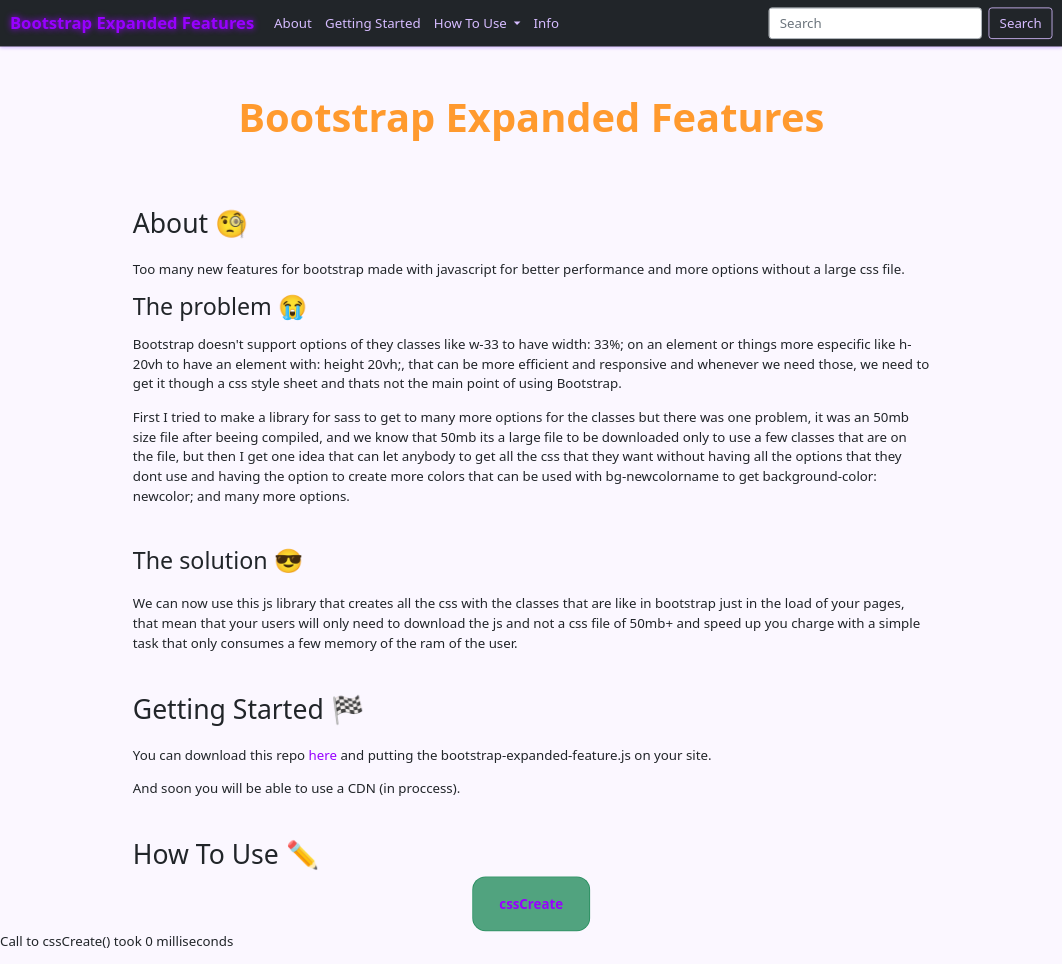
Repository: LynxPardelle/bootstrap-expanded-features
Page: index.html
These files come from the project's save history. The page is drawn as it stood at one moment and after the next save; the edit follows.
The browser window is 1280 px wide. The pictures show the whole page, at 83% of full size.

Above is the page before, as saved 2022-01-02 05:04:17.

### index.html
<!DOCTYPE html>
<html lang="es">
  <head>
    <meta charset="UTF-8" />
    <meta http-equiv="X-UA-Compatible" content="IE=edge" />
    <meta name="viewport" content="width=device-width, initial-scale=1.0" />
    <title>Bootstrap Expanded Features</title>
    <link
      href="https://cdn.jsdelivr.net/npm/bootstrap@5.1.3/dist/css/bootstrap.min.css"
      rel="stylesheet"
      integrity="sha384-1BmE4kWBq78iYhFldvKuhfTAU6auU8tT94WrHftjDbrCEXSU1oBoqyl2QvZ6jIW3"
      crossorigin="anonymous"
    />
    <link rel="stylesheet" href="./style.css" />
  </head>
  <body class="bef bef-bg-futurePop__OPA__0_03">
    <header>
      <nav
        class="
          navbar navbar-expand-lg navbar-dark
          bg-dark
          align-items-center
          bef
          bef-boxShadow-0px__2px__4px__lavender
          position-fixed
          top-0
          w-100
        "
      >
        <div class="container-fluid">
          <a
            class="
              navbar-brand
              bef bef-text-futurePop
              fw-bolder
              bef-textShadow-0px__0px__8px__futurePop
            "
            href="#"
            >Bootstrap Expanded Features</a
          >
          <button
            class="navbar-toggler"
            type="button"
            data-bs-toggle="collapse"
            data-bs-target="#navbarSupportedContent"
            aria-controls="navbarSupportedContent"
            aria-expanded="false"
            aria-label="Toggle navigation"
          >
            <span class="navbar-toggler-icon"></span>
          </button>
          <div class="collapse navbar-collapse" id="navbarSupportedContent">
            <ul class="navbar-nav me-auto mb-lg-0">
              <li class="nav-item">
                <a class="nav-link bef bef-text-lavender" href="#about"
                  >About</a
                >
              </li>
              <li class="nav-item">
                <a
                  class="nav-link bef bef-text-lavender"
                  href="#getting_started"
                  >Getting Started</a
                >
              </li>
              <li class="nav-item dropdown">
                <a
                  class="nav-link bef bef-text-lavender dropdown-toggle"
                  href="#howToUse"
                  id="navbarDropdown"
                  role="button"
                  data-bs-toggle="dropdown"
                  aria-expanded="false"
                >
                  How To Use
                </a>
                <ul
                  class="dropdown-menu dropdown-menu-dark"
                  aria-labelledby="navbarDropdown"
                >
                  <li>
                    <a class="dropdown-item bef bef-text-lavender" href="#"
                      >Action</a
                    >
                  </li>
                  <li>
                    <a class="dropdown-item bef bef-text-lavender" href="#"
                      >Another action</a
                    >
                  </li>
                  <li><hr class="dropdown-divider" /></li>
                  <li>
                    <a class="dropdown-item bef bef-text-lavender" href="#"
                      >Something else here</a
                    >
                  </li>
                </ul>
              </li>
              <li class="nav-item">
                <a class="nav-link bef bef-text-lavender" href="#Info">Info</a>
              </li>
            </ul>
            <form class="d-flex">
              <input
                id="searchInput"
                class="form-control me-2"
                type="search"
                placeholder="Search"
                aria-label="Search"
              />
              <button class="btn bef bef-btnOutline-lavender">Search</button>
            </form>
          </div>
        </div>
      </nav>

      <h1
        class="
          text-center
          d-block
          bef bef-w-85vw bef-w-md-75vw bef-fs-2rem bef-fs-md-3rem
          bef-m-7rem__auto__5rem
          bef-text-summer
          fw-bolder
        "
      >
        Bootstrap Expanded Features
      </h1>
    </header>

    <div>
      <main class="bef bef-w-85vw bef-wmx-1000px bef-w-md-75vw mx-auto">
        <!-- ABOUT -->
        <section>
          <a id="about"></a>
          <h2>About 🧐</h2>
          <article>
            <p class="mt-4 mb-3 text-start">
              Too many new features for bootstrap made with javascript for
              better performance and more options without a large css file.
            </p>
          </article>
          <!-- THE_PROBLEM -->
          <article>
            <h3>The problem 😭</h3>
            <p class="my-3 text-start">
              Bootstrap doesn't support options of they classes like w-33 to
              have width: 33%; on an element or things more especific like
              h-20vh to have an element with: height 20vh;, that can be more
              efficient and responsive and whenever we need those, we need to
              get it though a css style sheet and thats not the main point of
              using Bootstrap.
            </p>
            <p class="mt-3 mb-5 text-start">
              First I tried to make a library for sass to get to many more
              options for the classes but there was one problem, it was an 50mb
              size file after beeing compiled, and we know that 50mb its a large
              file to be downloaded only to use a few classes that are on the
              file, but then I get one idea that can let anybody to get all the
              css that they want without having all the options that they dont
              use and having the option to create more colors that can be used
              with bg-newcolorname to get background-color: newcolor; and many
              more options.
            </p>
          </article>
          <!-- THE_SOLUTION -->
          <article>
            <h3>The solution 😎</h3>
            <p class="mt-4 mb-5 text-start">
              We can now use this js library that creates all the css with the
              classes that are like in bootstrap just in the load of your pages,
              that mean that your users will only need to download the js and
              not a css file of 50mb+ and speed up you charge with a simple task
              that only consumes a few memory of the ram of the user.
            </p>
          </article>
        </section>
        <!-- GETTING_STARTED -->
        <section>
          <a id="getting_started"></a>
          <h2>Getting Started 🏁</h2>
          <article>
            <p class="mt-4 mb-3 text-start bef bef-link-futurePop">
              You can download this repo
              <a
                class="text-decoration-none"
                href="https://github.com/LynxPardelle/bootstrap-expanded-features.git"
                target="_blank"
                >here</a
              >
              and putting the bootstrap-expanded-feature.js on your site.
            </p>
            <p class="mt-3 mb-5 text-start bef bef-link-futurePop">
              And soon you will be able to use a CDN (in proccess).
            </p>
          </article>
        </section>
        <!-- HOW_TO_USE -->
        <section>
          <a id="howToUse"></a>
          <h2>How To Use ✏️</h2>
          <article>
          </article>
        </section>
      </main>
      <aside></aside>
    </div>

    <footer>
      <a id="#info"></a>
      <button
        class="
          btn
          bef
          bef-btn-success__OPA__0_75
          bef-text-futurePop
          fw-bold
          d-block
          mx-auto
          bef-p-1_25rem__2rem
          bef-rounded-1rem
        "
        onclick="cssCreate()"
      >
        cssCreate
      </button>

      <div id="befTimer"></div>
    </footer>

    <!-- TABS
      <nav>
              <div class="nav nav-tabs" id="nav-tab" role="tablist">
                <button
                  class="
                    nav-link
                    active
                    bef bef-text-futurePop bef-textHover-lavender
                    bef-bg-futurePop__OPA__0_03
                  "
                  id="nav-background-tab"
                  data-bs-toggle="tab"
                  data-bs-target="#nav-background"
                  type="button"
                  role="tab"
                  aria-controls="nav-background"
                  aria-selected="false"
                >
                  Background
                </button>
                <button
                  class="
                    nav-link
                    bef bef-text-dark bef-textHover-lavender
                    bef-bg-futurePop__OPA__0
                  "
                  id="nav-border-tab"
                  data-bs-toggle="tab"
                  data-bs-target="#nav-border"
                  type="button"
                  role="tab"
                  aria-controls="nav-border"
                  aria-selected="false"
                >
                  Border
                </button>
                <button
                  class="
                    nav-link
                    bef bef-text-dark bef-textHover-lavender
                    bef-bg-futurePop__OPA__0
                  "
                  id="nav-buttons-tab"
                  data-bs-toggle="tab"
                  data-bs-target="#nav-buttons"
                  type="button"
                  role="tab"
                  aria-controls="nav-buttons"
                  aria-selected="false"
                >
                  Buttons
                </button>
                <button
                  class="
                    nav-link
                    bef bef-text-dark bef-textHover-lavender
                    bef-bg-futurePop__OPA__0
                  "
                  id="nav-opacity-tab"
                  data-bs-toggle="tab"
                  data-bs-target="#nav-opacity"
                  type="button"
                  role="tab"
                  aria-controls="nav-opacity"
                  aria-selected="false"
                >
                  Opacity
                </button>
                <button
                  class="
                    nav-link
                    bef bef-text-dark bef-textHover-lavender
                    bef-bg-futurePop__OPA__0
                  "
                  id="nav-position-tab"
                  data-bs-toggle="tab"
                  data-bs-target="#nav-position"
                  type="button"
                  role="tab"
                  aria-controls="nav-position"
                  aria-selected="false"
                >
                  Position
                </button>
                <button
                  class="
                    nav-link
                    bef bef-text-dark bef-textHover-lavender
                    bef-bg-futurePop__OPA__0
                  "
                  id="nav-shadows-tab"
                  data-bs-toggle="tab"
                  data-bs-target="#nav-shadows"
                  type="button"
                  role="tab"
                  aria-controls="nav-shadows"
                  aria-selected="false"
                >
                  Shadows
                </button>
                <button
                  class="
                    nav-link
                    bef bef-text-dark bef-textHover-lavender
                    bef-bg-futurePop__OPA__0
                  "
                  id="nav-sizing-tab"
                  data-bs-toggle="tab"
                  data-bs-target="#nav-sizing"
                  type="button"
                  role="tab"
                  aria-controls="nav-sizing"
                  aria-selected="true"
                >
                  Sizing
                </button>
                <button
                  class="
                    nav-link
                    bef bef-text-dark bef-textHover-lavender
                    bef-bg-futurePop__OPA__0
                  "
                  id="nav-text-tab"
                  data-bs-toggle="tab"
                  data-bs-target="#nav-text"
                  type="button"
                  role="tab"
                  aria-controls="nav-text"
                  aria-selected="false"
                >
                  Text
                </button>
                <button
                  class="
                    nav-link
                    bef bef-text-dark bef-textHover-lavender
                    bef-bg-futurePop__OPA__0
                  "
                  id="nav-z-index-tab"
                  data-bs-toggle="tab"
                  data-bs-target="#nav-z-index"
                  type="button"
                  role="tab"
                  aria-controls="nav-z-index"
                  aria-selected="false"
                >
                  Z-index
                </button>
              </div>
            </nav>
            <div class="tab-content" id="nav-tabContent">
              <div
                class="tab-pane fade show active mt-3 mb-5"
                id="nav-background"
                role="tabpanel"
                aria-labelledby="nav-background-tab"
              >
                <h3 class="text-center">Background</h3>

                <p>
                  Now we can use some new colors and even put your own colors,
                  but there is more, now you can put diferent colors in the
                  diferent breakpoint that bootstrap has.
                </p>
              </div>
              <div
                class="tab-pane fade"
                id="nav-border"
                role="tabpanel"
                aria-labelledby="nav-border-tab"
              >
                Border
              </div>
              <div
                class="tab-pane fade"
                id="nav-buttons"
                role="tabpanel"
                aria-labelledby="nav-buttons-tab"
              >
                Buttons
              </div>
              <div
                class="tab-pane fade"
                id="nav-opacity"
                role="tabpanel"
                aria-labelledby="nav-opacity-tab"
              >
                Opacity
              </div>
              <div
                class="tab-pane fade"
                id="nav-position"
                role="tabpanel"
                aria-labelledby="nav-position-tab"
              >
                Position
              </div>
              <div
                class="tab-pane fade"
                id="nav-shadows"
                role="tabpanel"
                aria-labelledby="nav-shadows-tab"
              >
                Shadows
              </div>
              <div
                class="tab-pane fade"
                id="nav-sizing"
                role="tabpanel"
                aria-labelledby="nav-sizing-tab"
              >
                Sizing
              </div>
              <div
                class="tab-pane fade"
                id="nav-text"
                role="tabpanel"
                aria-labelledby="nav-text-tab"
              >
                Text
              </div>
              <div
                class="tab-pane fade"
                id="nav-z-index"
                role="tabpanel"
                aria-labelledby="nav-z-index-tab"
              >
                Z-Index
              </div>
            </div>
-->

    <!--
Classes:
w width
h height
wmx max-width
hmx max-height
wmn min-width
hmn min-height
rounded border-radius
z z-index
opacity opacity
top top
bottom bottom
end left
start right
fs font-size
lh line-height
gap gap
p padding
m margin
border border-width
borderStyle border-style

bg background-color
text color
link a color
borderColor border-color
btn background-color border-color box-shadow
btnOutline border-color box-shadow
boxShadow box-shadow
textShadow text-shadow

Sides:
s left
e right
t top
b bottom
x left & right
y top & bottom

BreakPoints:
sm 576
md 768
lg 992
xl 1200
xxl 1400
-->
    <script
      src="https://cdn.jsdelivr.net/npm/bootstrap@5.1.3/dist/js/bootstrap.bundle.min.js"
      integrity="sha384-ka7Sk0Gln4gmtz2MlQnikT1wXgYsOg+OMhuP+IlRH9sENBO0LRn5q+8nbTov4+1p"
      crossorigin="anonymous"
    ></script>
    <script>
      var colors = {
        monster: "#00AA00",
        futurePop: "#9700FF",
      };
    </script>
    <script src="./bootstrap-expanded-features.js"></script>
    <script src="./bef-example-page.js"></script>
  </body>
</html>

### bef-example-page.js
"use strict";
var tabBackground = bootstrap.Tab.getOrCreateInstance(
  document.getElementById("nav-background")
); // Returns a Bootstrap tab instance
var tabButtonBackground = document.getElementById("nav-background-tab");
var tabBorder = bootstrap.Tab.getOrCreateInstance(
  document.getElementById("nav-border")
); // Returns a Bootstrap tab instance
var tabButtonBorder = document.getElementById("nav-border-tab");
var tabButtons = bootstrap.Tab.getOrCreateInstance(
  document.getElementById("nav-buttons")
); // Returns a Bootstrap tab instance
var tabButtonButtons = document.getElementById("nav-buttons-tab");
var tabOpacity = bootstrap.Tab.getOrCreateInstance(
  document.getElementById("nav-opacity")
); // Returns a Bootstrap tab instance
var tabButtonOpacity = document.getElementById("nav-opacity-tab");
var tabPosition = bootstrap.Tab.getOrCreateInstance(
  document.getElementById("nav-position")
); // Returns a Bootstrap tab instance
var tabButtonPosition = document.getElementById("nav-position-tab");
var tabShadows = bootstrap.Tab.getOrCreateInstance(
  document.getElementById("nav-shadows")
); // Returns a Bootstrap tab instance
var tabButtonShadows = document.getElementById("nav-shadows-tab");
var tabSizing = bootstrap.Tab.getOrCreateInstance(
  document.getElementById("nav-sizing")
); // Returns a Bootstrap tab instance
var tabButtonSizing = document.getElementById("nav-sizing-tab");
var tabText = bootstrap.Tab.getOrCreateInstance(
  document.getElementById("nav-text")
); // Returns a Bootstrap tab instance
var tabButtonText = document.getElementById("nav-text-tab");
var tabZIndex = bootstrap.Tab.getOrCreateInstance(
  document.getElementById("nav-z-index")
); // Returns a Bootstrap tab instance
var tabButtonZIndex = document.getElementById("nav-z-index-tab");

var tabEls = document.querySelectorAll('button[data-bs-toggle="tab"]');
for (let tabEl of tabEls) {
  console.log(tabEl);
  tabEl.addEventListener("shown.bs.tab", function (event) {
    // newly activated tab
    event.target;
    if (event.target.classList.contains("bef-text-dark")) {
      event.target.classList.remove("bef-text-dark");
    }
    if (event.target.classList.contains("bef-bg-futurePop__OPA__0")) {
      event.target.classList.remove("bef-bg-futurePop__OPA__0");
    }
    event.target.classList.add("bef-text-futurePop");
    event.target.classList.add("bef-bg-futurePop__OPA__0_03");
    // previous active tab
    event.relatedTarget;
    if (event.target.classList.contains("bef-text-futurePop")) {
      event.relatedTarget.classList.remove("bef-text-futurePop");
    }
    if (event.target.classList.contains("bef-bg-futurePop__OPA__0_03")) {
      event.relatedTarget.classList.remove("bef-bg-futurePop__OPA__0_03");
    }
    event.relatedTarget.classList.add("bef-text-dark");
    event.relatedTarget.classList.add("bef-bg-futurePop__OPA__0");
  });
}

Loaded but not shown: bootstrap-expanded-features.js (library); style.css (no stored copy; drawn as an empty file)

After the next save:
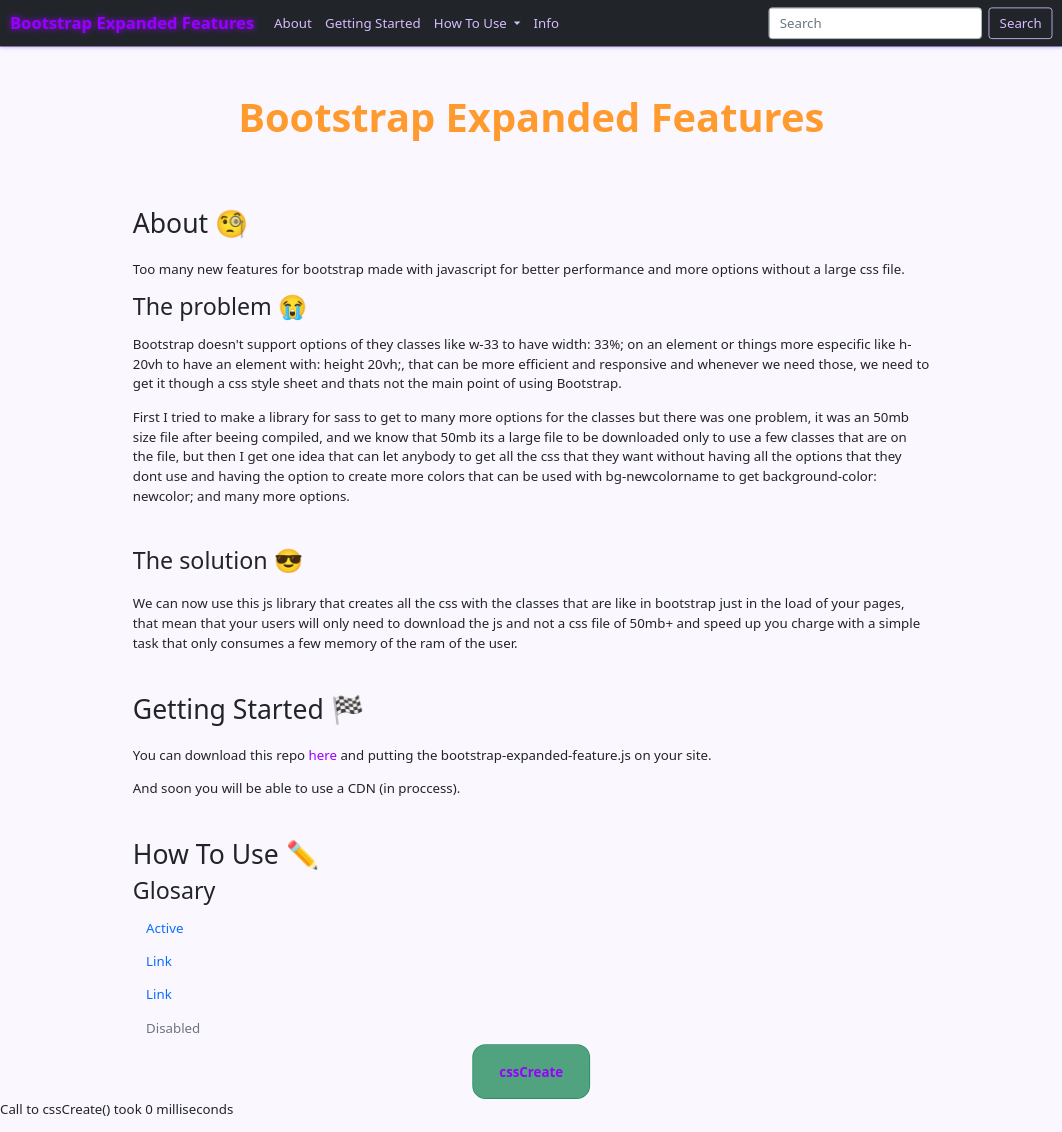
Saved 4 min 31 s later.
--- a/index.html
+++ b/index.html
@@ -200,6 +200,21 @@
           <a id="howToUse"></a>
           <h2>How To Use ✏️</h2>
           <article>
+            <h3>Glosary</h3>
+            <ul class="nav flex-column">
+              <li class="nav-item">
+                <a class="nav-link active" aria-current="page" href="#">Active</a>
+              </li>
+              <li class="nav-item">
+                <a class="nav-link" href="#">Link</a>
+              </li>
+              <li class="nav-item">
+                <a class="nav-link" href="#">Link</a>
+              </li>
+              <li class="nav-item">
+                <a class="nav-link disabled">Disabled</a>
+              </li>
+            </ul>
           </article>
         </section>
       </main>
